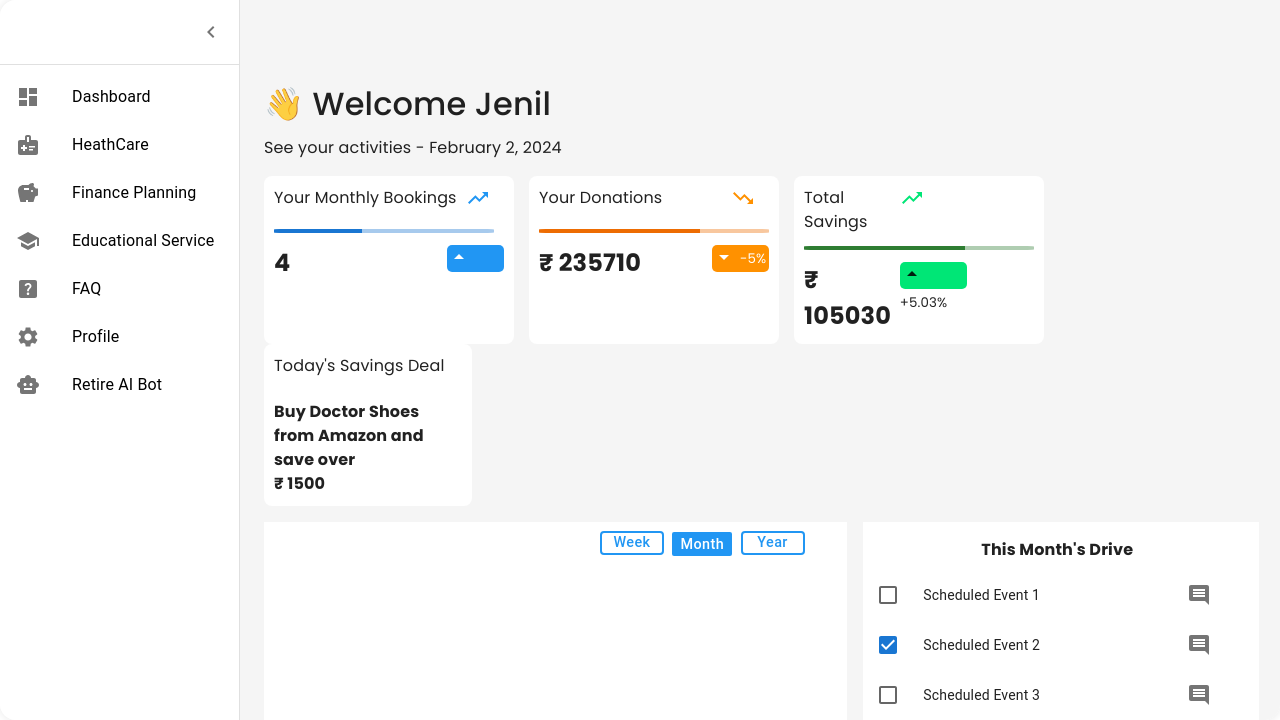
Repository: shubhampirate/Google_Solutions_Edural
Page: /dashboard
The author's editor kept a copy of each file at every save. The page is drawn from the files as they stood at one save, then again after the next save.
The browser window is 1280 px wide. The pictures show the whole page.
The page's requests for data from a server got no answer. The project was rebuilt for these pictures with package versions that can differ from the ones it lists, and the page was loaded fresh each time. Some packages were replaced by stand-ins written for this rebuild. No one was signed in, and anything a server would have sent is missing. Also part of the build but not shown: src/Components/CustomButton.jsx, src/Components/Navbar.jsx, src/Components/Footer.jsx, src/Components/CongratsCard.jsx, src/pages/Hero/Hero.jsx, src/pages/Sign_in.jsx.

Above is the page before, as saved 2024-02-03 17:32:40.

### src/index.js
import React from "react";
import ReactDOM from "react-dom/client";
import "./index.css";
import { GoogleOAuthProvider } from '@react-oauth/google';
import App from "./App";
import { BrowserRouter } from "react-router-dom";
const root = ReactDOM.createRoot(
    document.getElementById("root"));
root.render(
    <BrowserRouter>
<GoogleOAuthProvider clientId="730379698185-cv7a59sok9sod43v04ee6g6pt4gtaea2.apps.googleusercontent.com">
        {/* <React.StrictMode> */}
            <App />
        {/* </React.StrictMode> */}
    </GoogleOAuthProvider>
    </BrowserRouter>

);

### src/App.jsx
import Hero from "./pages/Hero/Hero";
import Dashboard from "./pages/Dashboard/Dashboard";
import SignIn from "./pages/Sign_in";
import {useState} from "react";
import { Route, Routes } from "react-router-dom";
function App() {
  return (
    <>
      {/* <Hero />   */}
      {/* <SignIn /> */}
      <Routes>
        <Route path="/signin" element={<><SignIn /></>} />
        <Route path="/dashboard" element={<><Dashboard /></>} />
        {/* <Route path="/education" element={<><Education /></>} /> */}
        {/* <Route path="/health" element={<><Health /></>} /> */}
        {/* <Route path="/profile" element={<><Profile /></>} /> */}
        {/* <Route path="/finance" element={<><Finance /></>} /> */}
        {/* <Route path="/questions" element={<><Questions /></>} /> */}
        {/* <Route path="/retireaibot" element={<><Bot /></>} /> */}
        <Route path="/" element={<><Hero /></>} />
      </Routes>
         </>
  );
}

export default App;

### src/pages/Dashboard/Dashboard.jsx
import * as React from 'react';
import { styled, createTheme, ThemeProvider } from '@mui/material/styles';
import CssBaseline from '@mui/material/CssBaseline';
import MuiDrawer from '@mui/material/Drawer';
import Box from '@mui/material/Box';
import MuiAppBar from '@mui/material/AppBar';
import Toolbar from '@mui/material/Toolbar';
import {
  LinearProgress, ListItem, CircularProgress, Checkbox, ListItemText, Dialog, DialogActions, DialogContent,
  DialogContentText, DialogTitle, ListItemIcon, ListItemButton
} from '@mui/material';
import TrendingUpIcon from '@mui/icons-material/TrendingUp';
// import { PieChart } from '@mui/x-charts/PieChart';
// import { useDrawingArea } from '@mui/x-charts/hooks';
import TrendingDownIcon from '@mui/icons-material/TrendingDown';
import List from '@mui/material/List';
import Divider from '@mui/material/Divider';
import IconButton from '@mui/material/IconButton';
import ArrowDropUpIcon from '@mui/icons-material/ArrowDropUp';
import ArrowDropDownIcon from '@mui/icons-material/ArrowDropDown';
import Grid from '@mui/material/Grid';
import MenuIcon from '@mui/icons-material/Menu';
import ChevronLeftIcon from '@mui/icons-material/ChevronLeft';
import { mainListItems } from '../../Components/listItems';
import axios from 'axios';
import Button from '@mui/material/Button';
import CommentIcon from '@mui/icons-material/Comment';
import Swal from 'sweetalert2';
import { useState } from 'react';
import { useEffect } from 'react';
// import { Bar } from "react-chartjs-2";
// import { BarElement, CategoryScale, Chart as ChartJS, Legend, LinearScale, Title, Tooltip } from "chart.js";
// import GoogleTranslateComponent from '../../Components/GoogleTranslateComponent';
// import csacc from "../../media/csacc.png"
// import creditscoremodel from "../../media/creditscoremodel.png"
// import creditflow from "../../media/creditflowchart.png"
// ChartJS.register(CategoryScale, LinearScale, BarElement, Title, Tooltip, Legend);

const drawerWidth = 240;

const AppBar = styled(MuiAppBar, {
  shouldForwardProp: (prop) => prop !== 'open',
})(({ theme, open }) => ({
  zIndex: theme.zIndex.drawer + 1,
  transition: theme.transitions.create(['width', 'margin'], {
    easing: theme.transitions.easing.sharp,
    duration: theme.transitions.duration.leavingScreen,
  }),
  ...(open && {
    marginLeft: drawerWidth,
    width: `calc(100% - ${drawerWidth}px)`,
    transition: theme.transitions.create(['width', 'margin'], {
      easing: theme.transitions.easing.sharp,
      duration: theme.transitions.duration.enteringScreen,
    }),
  }),
}));

const Drawer = styled(MuiDrawer, { shouldForwardProp: (prop) => prop !== 'open' })(
  ({ theme, open }) => ({
    '& .MuiDrawer-paper': {
      position: 'relative',
      whiteSpace: 'nowrap',
      width: drawerWidth,
      transition: theme.transitions.create('width', {
        easing: theme.transitions.easing.sharp,
        duration: theme.transitions.duration.enteringScreen,
      }),
      boxSizing: 'border-box',
      ...(!open && {
        overflowX: 'hidden',
        transition: theme.transitions.create('width', {
          easing: theme.transitions.easing.sharp,
          duration: theme.transitions.duration.leavingScreen,
        }),
        width: theme.spacing(7),
        [theme.breakpoints.up('sm')]: {
          width: theme.spacing(9),
        },
      }),
    },
  }),
);

var currentDate = new Date();

var months = [
  "January", "February", "March", "April", "May", "June",
  "July", "August", "September", "October", "November", "December"
];

var formattedDate = months[currentDate.getMonth()] + " " + currentDate.getDate() + ", " + currentDate.getFullYear();

const defaultTheme = createTheme();

export default function Dashboard() {
  const [open, setOpen] = React.useState(true);
  const toggleDrawer = () => {
    setOpen(!open);
  };

  const [expensedata, setExpensedata] = useState([])

  useEffect(() => {
    loadList();
  }, []);


  const loadList = async () => {
    const result = await axios.get(`https://wixstocle.pythonanywhere.com/api/expense/`, {
      headers: { "Authorization": `Token 11c868750d92deda81638c5a9a59177bdc7ae41a` },
    });
    console.log(result.data.data);
    setExpensedata(result.data.data);
  }

  const getLabels = () => expensedata.slice(-5).map(data => data.date);

  const getData = (key) => expensedata.slice(-5).map(data => data[key]);

  const optionsexpense = {
    indexAxis: 'x',
    elements: {
      bar: {
        borderWidth: 0,
      },
    },
    responsive: true,
    interaction: {
      mode: 'index',
      intersect: false,
    },
    scales: {
      x: {
        stacked: false,
      },
      y: {
        stacked: false,
      },
    },
    plugins: {
      legend: {
        position: 'top',
      }
    },
  };

  const dataexpense = {
    labels: getLabels(),
    datasets: [
      {
        label: 'Revenue',
        data: getData('income'),
        backgroundColor: '#2196f3',
      },
      {
        label: 'Spendings',
        data: getData('expense'),
        backgroundColor: '#ff9100',
      },
      {
        label: 'Savings',
        data: getData('savings'),
        backgroundColor: '#00e676',
      },
    ],
  };

  const today = new Date();
  const year = today.getFullYear();
  const month = String(today.getMonth() + 1).padStart(2, '0'); // Months are zero-based
  const day = String(today.getDate()).padStart(2, '0');

  const todayDate = `${year}-${month}-${day}`;

  const [userData, setUserData] = React.useState({
    income: '',
    savings: '',
    expense: '',
    date: todayDate,
    user: "tony@gmail.com"
  });

  const handleChangePlan = (field, value) => {
    setUserData((prevData) => ({ ...prevData, [field]: value }));
  };
  const creditscore = 87.4;

  const handlePostData = () => {
    console.log(userData);
    fetch(`https://wixstocle.pythonanywhere.com/api/expense/`, {
      method: 'POST',
      headers: {
        "Authorization": `Token 11c868750d92deda81638c5a9a59177bdc7ae41a`,
        'Content-Type': 'application/json',
      },
      body: JSON.stringify(userData),
    })
      .then((response) => response.json())
      .then((data) => {
        // console.log(data);
        if (data.status == true) {
          Swal.fire({
            icon: 'success',
            title: 'Successfully Saved the details',
            showConfirmButton: false,
            timer: 3000
          })
          setExpensedata([...expensedata, userData]);
        }
        else {
          Swal.fire({
            icon: 'error',
            title: data.message,
            showConfirmButton: false,
            timer: 3000
          })
        }
      });
  };


//   function PieCenterLabel({ children }) {
//     const { width, height, left, top } = useDrawingArea();
//     return (
//       <StyledText x={left + width / 2} y={top + height / 2}>
//         {children}
//       </StyledText>
//     );
//   }

  const [checked, setChecked] = React.useState([1]);

  const handleToggle = (value) => () => {
    const currentIndex = checked.indexOf(value);
    const newChecked = [...checked];

    if (currentIndex === -1) {
      newChecked.push(value);
    } else {
      newChecked.splice(currentIndex, 1);
    }

    setChecked(newChecked);
  };

//   const [openDia, setOpenDia] = useState(false);
//   const handleClickOpenDia = () => { setOpenDia(true); };
//   const handleCloseDia = () => { setOpenDia(false); };


  return (
    <ThemeProvider theme={defaultTheme}>
      <Box sx={{ display: 'flex', borderRadius: '16px', overflow: 'hidden', boxShadow: '0px 0px 10px rgba(0, 0, 0, 0.1)' }} >
        <CssBaseline />
        <AppBar position="absolute" open={open} sx={{ backgroundColor: "whitesmoke", boxShadow: 'none' }}>
          <Toolbar
            sx={{
              pr: '24px', // keep right padding when drawer closed
              display: 'flex',
              alignItems: 'center',
              justifyContent: 'space-between',
            }}>
            <Box sx={{ display: 'flex', alignItems: 'center' }}>
              <IconButton
                edge="start"
                aria-label="open drawer"
                onClick={toggleDrawer}
                sx={{
                  marginRight: '36px',
                  ...(open && { display: 'none' }),
                  backgroundColor: "#fff"
                }}>
                <MenuIcon />
              </IconButton>
            </Box>
          </Toolbar>
        </AppBar>
        <Drawer variant="permanent" open={open}>
          <Toolbar
            sx={{
              display: 'flex',
              alignItems: 'center',
              justifyContent: 'flex-end',
              px: [1],
            }}
          >
            {/* <GoogleTranslateComponent /> */}
            <IconButton onClick={toggleDrawer}>
              <ChevronLeftIcon />
            </IconButton>
          </Toolbar>
          <Divider />
          <List component="nav">
            {mainListItems}
          </List>
        </Drawer>
        <Box
          component="main"
          sx={{
            backgroundColor: (theme) =>
              theme.palette.mode === 'light'
                ? theme.palette.grey[100]
                : theme.palette.grey[900],
            flexGrow: 1,
            height: '100vh',
            overflow: 'auto',
          }}>
          <Toolbar />
          <Grid container spacing={2} marginTop="0.02rem" paddingLeft={3} paddingRight={2}>
            <Grid item xs={12}>
              <div style={{ fontSize: "2rem", fontWeight: "500" }}>👋 Welcome Jenil</div>
            </Grid>
            <Grid item xs={12} marginTop="-0.5rem">
              <div>See your activities - {formattedDate} </div>
            </Grid>
          </Grid>
          <Grid container spacing={2} marginTop="1rem" paddingLeft={5} paddingRight={2}>
            <Grid item xs={12} md={3} style={{ backgroundColor: "white", padding: "10px", marginRight: "15px", borderRadius: "0.5rem" }}>
              <Grid item xs={12}>
                <Grid container>
                  <Grid item xs={10}><div>Your Monthly Bookings</div></Grid>
                  <Grid item xs={2}><TrendingUpIcon sx={{ color: "#2196f3" }} /></Grid>
                </Grid>
                <Grid item xs={12}>
                  <LinearProgress variant="determinate" value={40} sx={{ color: "#2196f3", borderRadius: "10%", margin: "12px 10px 12px 0px" }} />
                </Grid>
                <Grid item xs={12}>
                  <Grid container>
                    <Grid item xs={9}>
                       <div style={{ fontSize: "1.5rem", fontWeight: "550" }}> 4</div>
                    </Grid>
                    <Grid item xs={3} style={{ backgroundColor: "#2196f3", color: "white", borderRadius: "5px", height: "1.65rem" }}>
                      <ArrowDropUpIcon /> <sup>+10%</sup>
                    </Grid>
                  </Grid>
                </Grid>
              </Grid>
            </Grid>
            <Grid item xs={12} md={3} style={{ backgroundColor: "white", padding: "10px", marginRight: "15px", borderRadius: "0.5rem" }}>
              <Grid item xs={12}>
                <Grid container>
                  <Grid item xs={10}><div>Your Donations</div></Grid>
                  <Grid item xs={2}><TrendingDownIcon sx={{ color: "#ff9100" }} /></Grid>
                </Grid>
                <Grid item xs={12}>
                  <LinearProgress variant="determinate" value={70} color='warning' sx={{ borderRadius: "10%", margin: "12px 0px" }} />
                </Grid>
                <Grid item xs={12}>
                  <Grid container>
                    <Grid item xs={9}>
                   <div style={{ fontSize: "1.5rem", fontWeight: "550" }}>₹ 235710</div>
                    </Grid>
                    <Grid item xs={3} style={{ backgroundColor: "#ff9100", color: "white", borderRadius: "5px", height: "1.65rem" }}>
                      <ArrowDropDownIcon /> <sup>-5%</sup>
                    </Grid>
                  </Grid>
                </Grid>
              </Grid>
            </Grid>
            <Grid item xs={12} md={3} style={{ backgroundColor: "white", padding: "10px", marginRight: "15px", borderRadius: "0.5rem" }}>
              <Grid item xs={12}>
                <Grid container>
                  <Grid item xs={5}><div>Total Savings</div></Grid>
                  <Grid item xs={4}><TrendingUpIcon sx={{ color: "#00e676" }} /></Grid>
                </Grid>
                <Grid item xs={12}>
                  <LinearProgress variant="determinate" value={70} color="success" style={{ borderRadius: "10%", margin: "12px 0px" }} />
                </Grid>
                <Grid item xs={12}>
                  <Grid container>
                    <Grid item xs={5}>
                      {!loadList ? <><div style={{ fontSize: "1.5rem", fontWeight: "550" }}>
                        ₹ {expensedata[0].income + expensedata[1].income + expensedata[2].income + expensedata[3].income + expensedata[4].income + expensedata[5].income}</div>
                      </> : <div style={{ fontSize: "1.5rem", fontWeight: "550" }}>₹ 105030</div>}
                    </Grid>
                    <Grid item xs={3.5} style={{ backgroundColor: "#00e676", borderRadius: "5px", height: "1.65rem" }}>
                      <ArrowDropUpIcon /> <sup>+5.03%</sup>
                    </Grid>
                  </Grid>
                </Grid>
              </Grid>
            </Grid>
            <Grid item xs={12} md={2.5} style={{ backgroundColor: "white", padding: "10px", borderRadius: "0.5rem" }}>
              <Grid container spacing={2}>
                <Grid item xs={12}>Today's Savings Deal</Grid>
                <Grid item xs={12}>
                  {/* <LinearProgress variant="determinate" value={0} color='secondary' sx={{ borderRadius: "10%", margin: "3px 0px" }} /> */}
                </Grid>
                <Grid item xs={12} sx={{ fontWeight: "550", marginTop: "-10px" }}>Buy Doctor Shoes from Amazon and save over <br />₹ 1500</Grid>
              </Grid>
            </Grid>
          </Grid>
          <Grid container spacing={2} marginTop="1rem" paddingLeft={5} paddingRight={2} marginBottom={2}>
            <Grid item xs={7} sx={{ backgroundColor: "white", padding: "5px", marginRight: "1rem" }}>
              <Grid container spacing={2} padding={1}>
                <Grid xs={7}></Grid>
                <Grid xs={1.5}><Button style={{
                  borderColor: "#2196f3", color: "#2196f3", height: "1.5rem", textTransform: "capitalize",
                  fontSize: "0.9rem", border: "2px solid", textAlign: "left"
                }}>Week</Button></Grid>
                <Grid xs={1.5}><Button style={{
                  backgroundColor: "#2196f3", color: "white", height: "1.75rem", textTransform: "capitalize",
                  fontSize: "0.9rem", border: "2px solid", textAlign: "left"
                }}>Month</Button></Grid>
                <Grid xs={1}><Button style={{
                  borderColor: "#2196f3", color: "#2196f3", height: "1.5rem", textTransform: "capitalize",
                  fontSize: "0.9rem", border: "2px solid", textAlign: "left"
                }}>Year</Button></Grid>
                <Grid xs={12} marginTop={2}>
                  {/* <Bar options={optionsexpense} data={dataexpense} /> */}
                </Grid>
              </Grid>
            </Grid>
            <Grid item xs={4.75} >
              <Grid container spacing={2} >

                <Grid item xs={12}>
                  <Grid container spacing={2} sx={{ backgroundColor: "white", marginBottom: "0.5rem" }}>
                    <Grid item xs={12} style={{ textAlign: "center", marginLeft: "-0.75rem", fontWeight: "600" }}>This Month's Drive</Grid>
                    <List sx={{ width: '100%', maxWidth: 360, bgcolor: 'background.paper' }}>
                      {[0, 1, 2].map((value) => {
                        const labelId = `checkbox-list-label-${value}`;
                        return (
                          <ListItem
                            key={value}
                            secondaryAction={
                              <IconButton edge="end" aria-label="comments">
                                <CommentIcon />
                              </IconButton>
                            }
                            disablePadding
                          >
                            <ListItemButton role={undefined} onClick={handleToggle(value)} dense>
                              <ListItemIcon>
                                <Checkbox
                                  edge="start"
                                  checked={checked.indexOf(value) !== -1}
                                  tabIndex={-1}
                                  disableRipple
                                  inputProps={{ 'aria-labelledby': labelId }}
                                />
                              </ListItemIcon>
                              <ListItemText id={labelId} style={{ marginLeft: "-0.75rem" }} primary={`Scheduled Event ${value + 1}`} />
                            </ListItemButton>
                          </ListItem>
                        );
                      })}
                    </List>
                  </Grid>
                </Grid>
              </Grid>
            </Grid>
          </Grid>

        </Box>
      </Box >
    </ThemeProvider >
  );
}

### src/Components/listItems.jsx
import * as React from 'react';
import ListItemButton from '@mui/material/ListItemButton';
import ListItemIcon from '@mui/material/ListItemIcon';
import ListItemText from '@mui/material/ListItemText';
import DashboardIcon from '@mui/icons-material/Dashboard';
import MedicalInformationIcon from '@mui/icons-material/MedicalInformation';
import SavingsIcon from '@mui/icons-material/Savings';
import SchoolIcon from '@mui/icons-material/School';
import HelpCenterIcon from '@mui/icons-material/HelpCenter';
import SettingsIcon from '@mui/icons-material/Settings';
import SmartToyIcon from '@mui/icons-material/SmartToy';
import { Link } from 'react-router-dom';
// import GoogleTranslateComponent from './GoogleTranslateComponent';


export const mainListItems = (
  <>
    <React.Fragment>
      <Link to="/dashboard" style={{ textDecoration: "none", color: "black" }}>
        <ListItemButton>
          <ListItemIcon>
            <DashboardIcon />
          </ListItemIcon>
          <ListItemText primary="Dashboard" />
        </ListItemButton>
      </Link>
      <Link to="/health" style={{ textDecoration: "none", color: "black" }}>
        <ListItemButton>
          <ListItemIcon>
            <MedicalInformationIcon />
          </ListItemIcon>
          <ListItemText primary="HeathCare" />
        </ListItemButton>
      </Link>
      <Link to="/finance" style={{ textDecoration: "none", color: "black" }}>
        <ListItemButton>
          <ListItemIcon>
            <SavingsIcon />
          </ListItemIcon>
          <ListItemText primary="Finance Planning" />
        </ListItemButton>
      </Link>
      <Link to="/education" style={{ textDecoration: "none", color: "black" }}>
        <ListItemButton>
          <ListItemIcon>
            <SchoolIcon />
          </ListItemIcon>
          <ListItemText primary="Educational Service" />
        </ListItemButton>
      </Link>
      <Link to="/questions" style={{ textDecoration: "none", color: "black" }}>
        <ListItemButton>
          <ListItemIcon>
            <HelpCenterIcon />
          </ListItemIcon>
          <ListItemText primary="FAQ" />
        </ListItemButton>
      </Link>
      <Link to="/profile" style={{ textDecoration: "none", color: "black" }}>
        <ListItemButton>
          <ListItemIcon>
            <SettingsIcon />
          </ListItemIcon>
          <ListItemText primary="Profile" />
        </ListItemButton>
      </Link>
      <Link to="/retireaibot" style={{ textDecoration: "none", color: "black" }}>
        <ListItemButton>
          <ListItemIcon>
            <SmartToyIcon />
          </ListItemIcon>
          <ListItemText primary="Retire AI Bot" />
        </ListItemButton>
      </Link>
    </React.Fragment >
  </>
);

// export const secondaryListItems = (
//   <React.Fragment>
//     <ListSubheader component="div" inset>
//       Saved reports
//     </ListSubheader>
//     <ListItemButton>
//       <ListItemIcon>
//         <AssignmentIcon />
//       </ListItemIcon>
//       <ListItemText primary="Current month" />
//     </ListItemButton>
//     <ListItemButton>
//       <ListItemIcon>
//         <AssignmentIcon />
//       </ListItemIcon>
//       <ListItemText primary="Last quarter" />
//     </ListItemButton>
//     <ListItemButton>
//       <ListItemIcon>
//         <AssignmentIcon />
//       </ListItemIcon>
//       <ListItemText primary="Year-end sale" />
//     </ListItemButton>
//   </React.Fragment>
// );

Loaded but not shown: public/index.html (common file); src/index.css (common file)

After the next save:
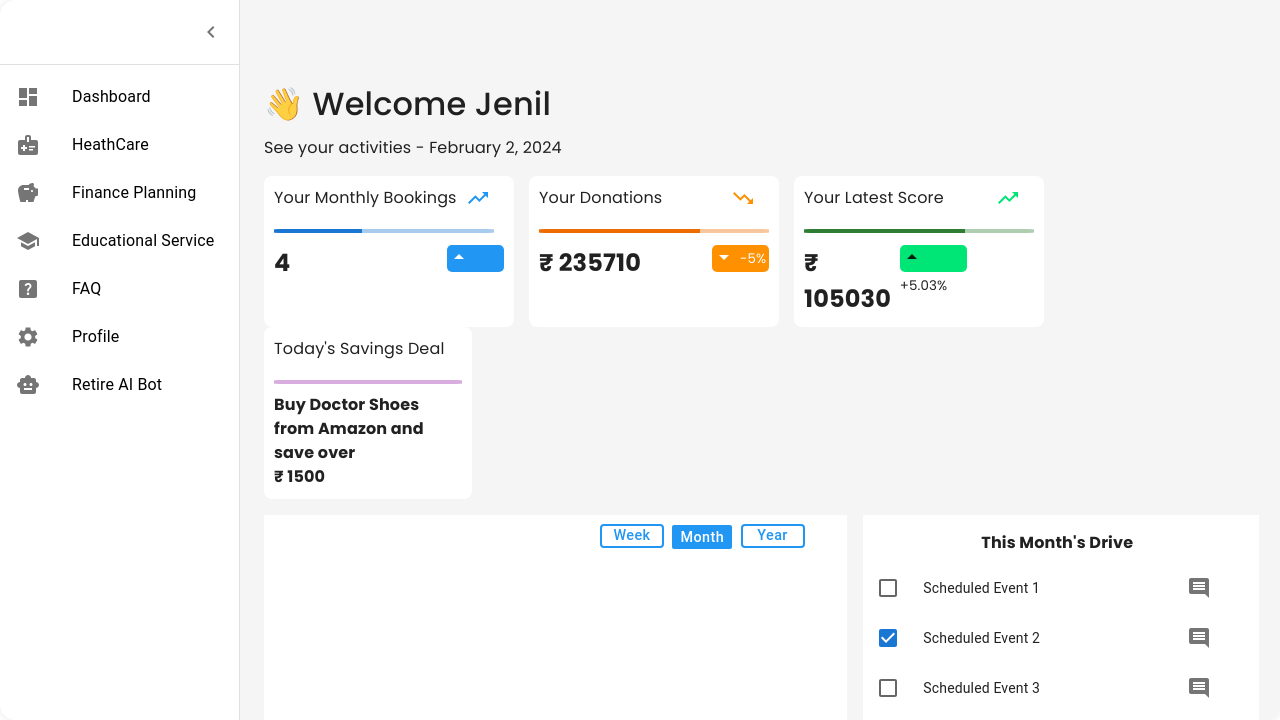
Saved 60 s later.
--- a/src/pages/Dashboard/Dashboard.jsx
+++ b/src/pages/Dashboard/Dashboard.jsx
@@ -361,8 +361,8 @@ export default function Dashboard() {
             <Grid item xs={12} md={3} style={{ backgroundColor: "white", padding: "10px", marginRight: "15px", borderRadius: "0.5rem" }}>
               <Grid item xs={12}>
                 <Grid container>
-                  <Grid item xs={5}><div>Total Savings</div></Grid>
-                  <Grid item xs={4}><TrendingUpIcon sx={{ color: "#00e676" }} /></Grid>
+                  <Grid item xs={10}><div>Your Latest Score</div></Grid>
+                  <Grid item xs={2}><TrendingUpIcon sx={{ color: "#00e676" }} /></Grid>
                 </Grid>
                 <Grid item xs={12}>
                   <LinearProgress variant="determinate" value={70} color="success" style={{ borderRadius: "10%", margin: "12px 0px" }} />
@@ -385,7 +385,7 @@ export default function Dashboard() {
               <Grid container spacing={2}>
                 <Grid item xs={12}>Today's Savings Deal</Grid>
                 <Grid item xs={12}>
-                  {/* <LinearProgress variant="determinate" value={0} color='secondary' sx={{ borderRadius: "10%", margin: "3px 0px" }} /> */}
+                  <LinearProgress variant="determinate" value={0} color='secondary' sx={{ borderRadius: "10%", margin: "3px 0px" }} />
                 </Grid>
                 <Grid item xs={12} sx={{ fontWeight: "550", marginTop: "-10px" }}>Buy Doctor Shoes from Amazon and save over <br />₹ 1500</Grid>
               </Grid>
